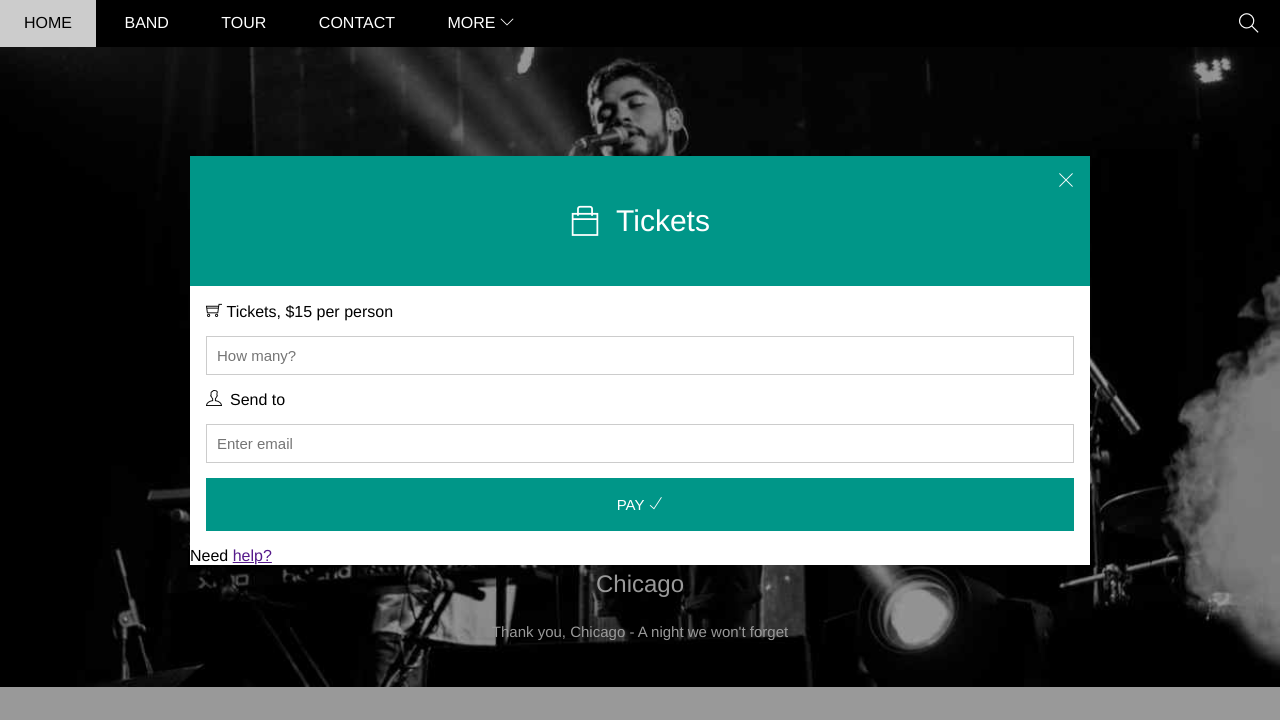
Repository: qhoa25623/The-Band
Page: index.html
The author's editor kept a copy of each file at every save. The page is drawn from the files as they stood at one save, then again after a run of saves.
The browser window is 1280 px wide. The pictures show the window.
A layer covers the whole window, so only the first screen is drawn.

Above is the page before, as saved 2022-04-27 23:20:11.

### index.html
<!DOCTYPE html>
<html lang="en">
  <head>
    <meta charset="UTF-8" />
    <meta http-equiv="X-UA-Compatible" content="IE=edge" />
    <meta name="viewport" content="width=device-width, initial-scale=1.0" />
    <title>Document</title>
    <link rel="stylesheet" href="./assets/css/styles.css" />
    <link
      rel="stylesheet"
      href="./assets/fonts/themify-icons/themify-icons.css"
    />
  </head>
  <body>
    <div id="main">
      <div id="header">
        <ul id="nav">
          <li><a href="">Home</a></li>
          <li><a href="">Band</a></li>
          <li><a href="">Tour</a></li>
          <li><a href="">Contact</a></li>
          <li>
            <a href="">
              More
              <i class="nav-arrow-down ti-angle-down"></i>
            </a>
            <ul class="subnav">
              <li><a href="">Merchandise</a></li>
              <li><a href="">Extras</a></li>
              <li><a href="">Media</a></li>
            </ul>
          </li>
        </ul>
        <div class="search-btn">
          <i class="search-icon ti-search"></i>
        </div>
      </div>
      <div id="slider">
        <div class="text-content">
          <h2 class="text-heading">Chicago</h2>
          <div class="text-description">
            Thank you, Chicago - A night we won't forget
          </div>
        </div>
      </div>
      <div id="content">
        <!-- About section-->
        <div class="content-section">
          <h2 class="section-heading">THE BAND</h2>
          <p class="section-sub-heading">We love music</p>
          <p class="about-text">
            We have created a fictional band website. Lorem ipsum dolor sit
            amet, consectetur adipiscing elit, sed do eiusmod tempor incididunt
            ut labore et dolore magna aliqua. Ut enim ad minim veniam, quis
            nostrud exercitation ullamco laboris nisi ut aliquip ex ea commodo
            consequat. Duis aute irure dolor in reprehenderit in voluptate velit
            esse cillum dolore eu fugiat nulla pariatur. Excepteur sint occaecat
            cupidatat non proident, sunt in culpa qui officia deserunt mollit
            anim id est laborum consectetur adipiscing elit, sed do eiusmod
            tempor incididunt ut labore et dolore magna aliqua. Ut enim ad minim
            veniam, quis nostrud exercitation ullamco laboris nisi ut aliquip ex
            ea commodo consequat.
          </p>
          <div class="member-list">
            <div class="member-item">
              <p class="member-name">Name</p>
              <img
                src="./assets/img/band/member1.jpg"
                alt="Name"
                class="member-img"
              />
            </div>
            <div class="member-item">
              <p class="member-name">Name</p>
              <img
                src="./assets/img/band/member1.jpg"
                alt="Name"
                class="member-img"
              />
            </div>
            <div class="member-item">
              <p class="member-name">Name</p>
              <img
                src="./assets/img/band/member1.jpg"
                alt="Name"
                class="member-img"
              />
            </div>
            <div class="clear"></div>
          </div>
        </div>

        <!-- Tour section-->
        <div class="tour-section">
          <div class="content-section">
            <h2 class="section-heading text-white">TOUR DATES</h2>
            <p class="section-sub-heading text-white">
              Remember to book your tickets!
            </p>
            <ul class="tickets-list">
              <li>September <span class="sold-out">Sold out</span></li>
              <li>October <span class="sold-out">Sold out</span></li>
              <li>November <span class="quantity">3</span></li>
            </ul>
            <!-- Places-->
            <div class="places-list">
              <div class="place-item">
                <img
                  src="./assets/img/places/place1.jpg"
                  alt="New York"
                  class="place-img"
                />
                <div class="place-body">
                  <h3 class="place-heading">New York</h3>
                  <p class="place-time">Fri 27 Nov 2016</p>
                  <p class="place-desc">
                    Praesent tincidunt sed tellus ut rutrum sed vitae justo.
                  </p>
                  <a href="#" class="place-buy-btn">Buy Tickets</a>
                </div>
              </div>

              <div class="place-item">
                <img
                  src="./assets/img/places/place2.jpg"
                  alt="New York"
                  class="place-img"
                />
                <div class="place-body">
                  <h3 class="place-heading">Paris</h3>
                  <p class="place-time">Sat 28 Nov 2016</p>
                  <p class="place-desc">
                    Praesent tincidunt sed tellus ut rutrum sed vitae justo.
                  </p>
                  <a href="#" class="place-buy-btn">Buy Tickets</a>
                </div>
              </div>

              <div class="place-item">
                <img
                  src="./assets/img/places/place3.jpg"
                  alt="New York"
                  class="place-img"
                />
                <div class="place-body">
                  <h3 class="place-heading">San Francisco</h3>
                  <p class="place-time">Sun 29 Nov 2016</p>
                  <p class="place-desc">
                    Praesent tincidunt sed tellus ut rutrum sed vitae justo.
                  </p>
                  <a href="#" class="place-buy-btn">Buy Tickets</a>
                </div>
              </div>
              <div class="clear"></div>
            </div>
          </div>
        </div>

        <!-- Contact section-->
        <div class="content-section">
          <h2 class="section-heading">CONTACT</h2>
          <p class="section-sub-heading">Fan? Drop a note!</p>
        </div>
      </div>
      <div id="footer"></div>
    </div>
    <div class="modal">
      <div class="modal-container">
        <div class="modal-close">
          <i class="ti-close"></i>
        </div>
        <header class="modal-header">
          <i class="modal-heading-icon ti-bag"></i>
          Tickets
        </header>
        <div class="modal-body">
          <label for="ticket-quantity" class="modal-label">
            <i class="ti-shopping-cart"></i>
            Tickets, $15 per person
          </label>
          <input id="ticket-quantity" type="text" class="modal-input" placeholder="How many?" />

          <label for="ticket-email" class="modal-label">
            <i class="ti-user"> </i>
            Send to
          </label>
          <input id="ticket-emailtype="text" class="modal-input" placeholder="Enter email" />

          <button id="buy-tickets">
            Pay
            <i class="ti-check"></i>
          </button>
        </div>
        <footer class="modal-footer">
          <p class="modal-help">Need <a href="">help?</a></p>
        </footer>
      </div>
    </div>
  </body>
</html>

### assets/css/styles.css
/* Reset CSS */
* {
  padding: 0;
  margin: 0;
  box-sizing: border-box;
}
html {
  font-family: Helvetica, Arial, sans-serif;
}
.clear {
  clear: both;
}
.text-white {
  color: #fff !important;
}
#main {
}
#header {
  position: fixed;
  top: 0;
  left: 0;
  right: 0;
  height: 46.5px;
  background-color: #000;
  z-index: 1;
}
#nav {
  display: inline-block;
}
#nav,
.subnav {
  list-style-type: none;
}
#nav > li {
  display: inline-block;
}
#nav li {
  position: relative;
}
#nav > li > a {
  color: #fff;
  text-transform: uppercase;
}
#nav li a {
  text-decoration: none;
  line-height: 46.5px;
  padding: 0 24px;
  display: block;
}
#nav li:hover .subnav {
  display: block;
}
#nav > li:hover > a,
#nav .subnav li:hover a {
  color: #000;
  background-color: #ccc;
}
#nav .subnav {
  min-width: 160px;
  top: 100%;
  left: 0;
  display: none;
  position: absolute;
  background-color: #fff;
  box-shadow: 0 0 10px rgba(0, 0, 0, 0.3);
}
#nav .subnav a {
  color: #000;
  padding: 0 16px;
  line-height: 38.5px;
}
#nav .nav-arrow-down {
  font-size: 14px;
}
#header .search-btn {
  float: right;
  padding: 0 21px;
}
#header .search-btn:hover {
  background-color: #f44336;
}
#header .search-icon {
  color: #fff;
  font-size: 20px;
  line-height: 46.5px;
}
#slider {
  position: relative;
  margin-top: 46.5px;
  padding-top: 50%;
  background: url("/assets/img/slider/slider1.jpg") top center / cover no-repeat;
}
#slider .text-content {
  position: absolute;
  bottom: 47px;
  color: #fff;
  left: 50%;
  transform: translateX(-50%);
  text-align: center;
}
#slider .text-heading {
  font-weight: 500;
  font-size: 24px;
}
#slider .text-description {
  font-size: 15px;
  margin-top: 25px;
}
#content {
}
#content .content-section {
  width: 800px;
  padding: 64px 0;
  margin-left: auto;
  margin-right: auto;
}
#content .section-heading {
  font-weight: 500;
  text-align: center;
  font-size: 30px;
  letter-spacing: 3px;
}
#content .section-sub-heading {
  text-align: center;
  font-size: 15px;
  margin-top: 25px;
  font-style: italic;
  opacity: 0.6;
}
#content .about-text {
  font-size: 15px;
  margin-top: 25px;
  text-align: justify;
  line-height: 1.4;
}
#content .member-list {
  margin-top: 47px;
}
#content .member-item {
  float: left;
  width: calc(100% / 3);
  text-align: center;
}
#content .member-name {
  font-size: 15px;
}
#content .member-img {
  margin-top: 15px;
  width: 154px;
  border-radius: 4px;
}

.tour-section {
  background: #000;
}
.tickets-list {
  background-color: #fff;
  list-style: none;
  margin-top: 40px;
}
.tickets-list li {
  color: rgb(117, 117, 117);
  font-size: 15px;
  padding: 11px 16px;
  border-bottom: 1px solid rgb(221, 221, 221);
}
.tickets-list .sold-out {
  color: #ffffff;
  background-color: #f44336;
  padding: 3px 4px;
  margin: 0 0 0 16px;
}
.tickets-list .quantity {
  float: right;
  width: 24px;
  height: 22.5px;
  background-color: #000;
  border-radius: 50%;
  text-align: center;
  color: #fff;
  line-height: 22.5px;
  margin-top: -3px;
}
.places-list {
  margin-top: 32px;
  margin-left: -8px;
  margin-right: -8px;
  padding-bottom: 48px;
}
.place-item {
  float: left;
  width: calc(100% / 3);
  padding: 0 8px;
}
.place-img {
  width: 100%;
  display: block;
}
.place-img:hover {
  opacity: 0.6;
}
.place-body {
  background-color: #fff;
  padding: 16px 16px;
  font-size: 15px;
}
.place-heading {
  font-size: 15px;
  font-weight: 550;
}
.place-time {
  margin-top: 15px;
  color: #757575;
}
.place-desc {
  margin-top: 15px;
  line-height: 1.4;
}
.place-buy-btn {
  color: #fff;
  background-color: #000;
  text-decoration: none;
  display: inline-block;
  margin-top: 15px;
  padding: 11px 16px;
}

.place-buy-btn:hover {
  color: #000;
  background-color: #ccc;
}
.modal {
  position: fixed;
  top: 0;
  right: 0;
  left: 0;
  bottom: 0;
  background: rgba(0, 0, 0, 0.4);
  display: flex;
  align-items: center;
  justify-content: center;
}
.modal-container {
  background: #fff;
  width: 900px;
  min-height: 200px;
  position: relative;
}

.modal-header {
  background: #009688;
  height: 130px;
  display: flex;
  align-items: center;
  justify-content: center;
  font-size: 30px;
  color: #fff;
}
.modal-heading-icon {
  margin-right: 16px;
}
.modal-close {
  position: absolute;
  right: 0;
  top: 0;
  color: #fff;
  padding:16px;
  cursor: pointer;
}
.modal-close:hover{
  color: #000;
  background-color: #ccc;
}
.modal-body{
  padding:16px;
}
.modal-label{
  display:block;
  margin-bottom:15px;
}
.modal-input{
  border:1px solid #ccc;
  width:100%;
  font-size:15px;
  padding:10px;
  margin-bottom:15px;
}
#buy-tickets{
  background-color:#009688;
  border:none;
  font-size:15px;
  color:#fff;
  width:100%;
  text-transform: uppercase;
  padding:18px;
  cursor:pointer;
}
#buy-tickets:hover{
  color:#000;
  background-color:#ccc;
}
.modal-footer{

}

Loaded but not shown: assets/fonts/themify-icons/themify-icons.css (common file)

After the next 2 saves:
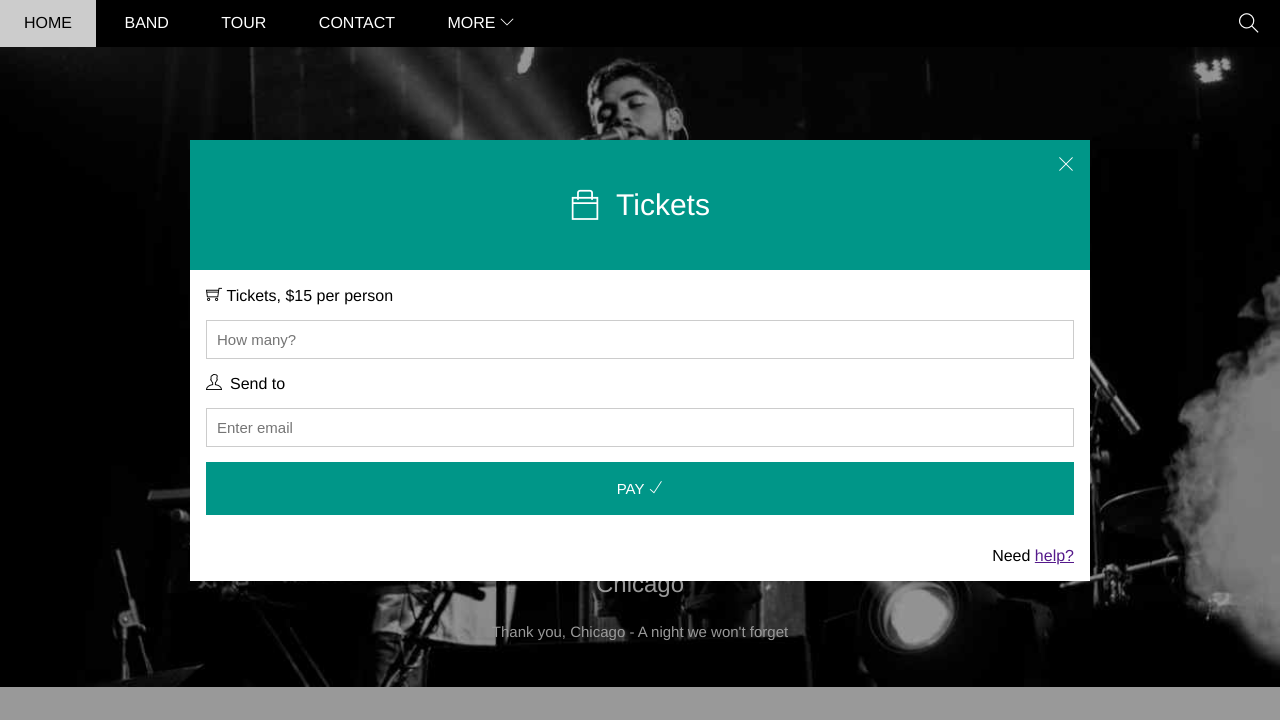
The 2 saves are shown as one change because they came seconds apart.
The last was saved 25 s later.
--- a/assets/css/styles.css
+++ b/assets/css/styles.css
@@ -300,5 +300,6 @@ html {
   background-color:#ccc;
 }
 .modal-footer{
-
-}
+ padding:16px;
+ text-align:right;
+}
